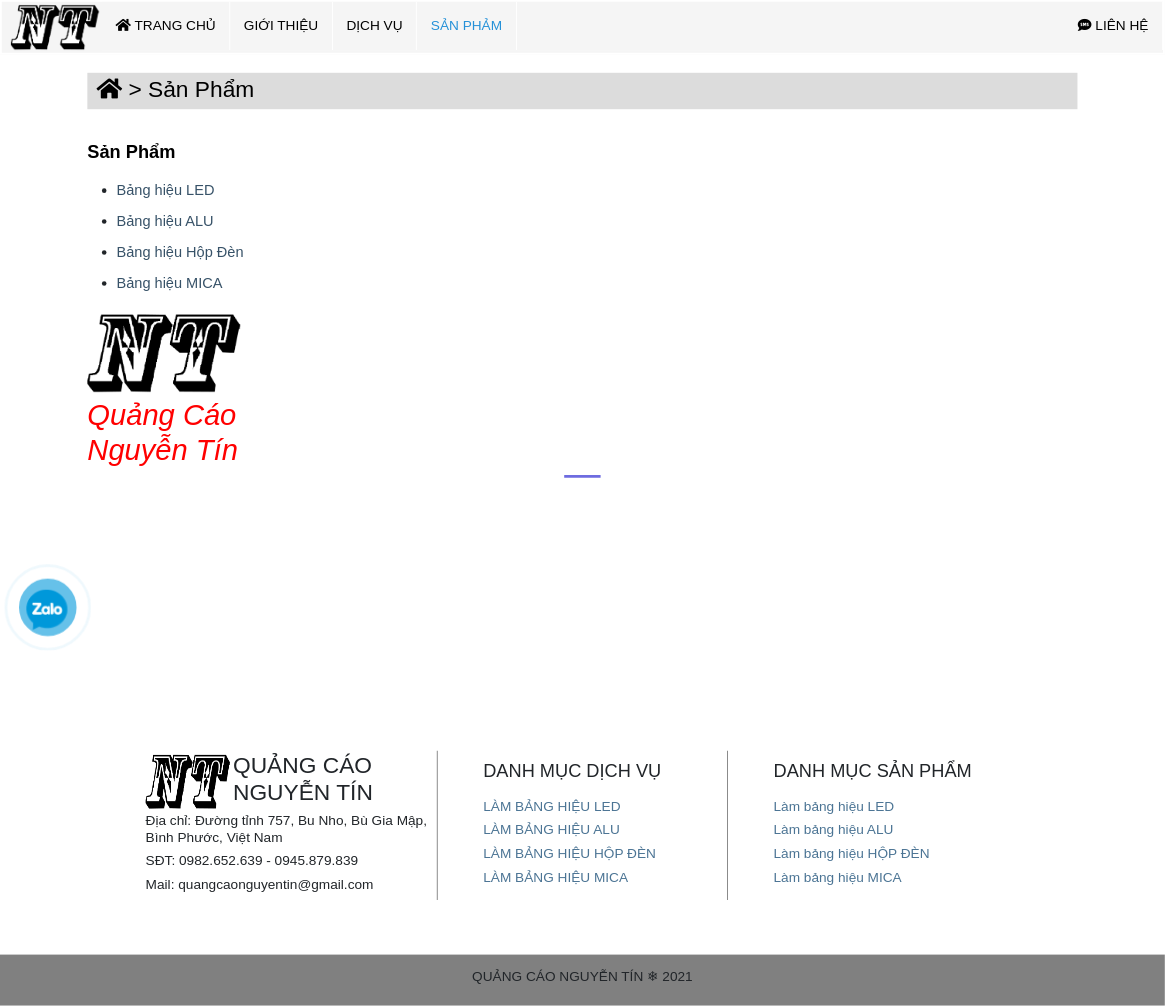
Repository: Haunguyen42193/quangcaonguyentin.github.io
Page: product.html
An editor plug-in stored every save of this project. The page is shown before and after the next save, followed by the edit.
The browser window is 1280 px wide. The pictures show the whole page, at 91% of full size.
Some web fonts or font styles are not loaded; a fallback is used. Some web libraries are served in a nearby version.

Above is the page before, as saved 2021-10-13 16:23:12.
Console error: ReferenceError: init is not defined

### product.html
<!DOCTYPE html>
<html lang="en">
<head>
    <meta charset="UTF-8">
    <meta http-equiv="X-UA-Compatible" content="IE=edge">
    <meta name="viewport" content="width=device-width, initial-scale=1.0">
    <meta http-equiv="refresh" content="18000"/>
    <title>Quảng Cáo Nguyễn Tín</title>
    <link rel="shotcut icon" href="images/logo2.png"/>
    <link
    rel="stylesheet"
    href="https://cdnjs.cloudflare.com/ajax/libs/animate.css/4.1.1/animate.min.css"
    />
    <!--carousel-->
    <link href="https://cdn.jsdelivr.net/npm/bootstrap@5.1.0/dist/css/bootstrap.min.css" rel="stylesheet" integrity="sha384-KyZXEAg3QhqLMpG8r+8fhAXLRk2vvoC2f3B09zVXn8CA5QIVfZOJ3BCsw2P0p/We" crossorigin="anonymous">
    <!--font awesome-->
    <link rel="stylesheet" href="https://pro.fontawesome.com/releases/v5.10.0/css/all.css" integrity="sha384-AYmEC3Yw5cVb3ZcuHtOA93w35dYTsvhLPVnYs9eStHfGJvOvKxVfELGroGkvsg+p" crossorigin="anonymous"/>
    <!--css-->
    <link rel="stylesheet" href="CSS/styleproduct.css"/>
    <!--font chữ-->
    <link rel="preconnect" href="https://fonts.googleapis.com">
    <link rel="preconnect" href="https://fonts.gstatic.com" crossorigin>
    <link href="https://fonts.googleapis.com/css2?family=K2D:wght@600&display=swap" rel="stylesheet">
    <!-- JavaScript Bundle with Popper -->
    <script src="https://cdn.jsdelivr.net/npm/bootstrap@5.1.0/dist/js/bootstrap.bundle.min.js" integrity="sha384-U1DAWAznBHeqEIlVSCgzq+c9gqGAJn5c/t99JyeKa9xxaYpSvHU5awsuZVVFIhvj" crossorigin="anonymous"></script>
    <!--Jquery-->
    <script src="Js/jquery-3.6.0.min.js"></script>
    <!--wowjs-->
    <script src="https://cdnjs.cloudflare.com/ajax/libs/wow/1.1.2/wow.min.js" integrity="sha512-Eak/29OTpb36LLo2r47IpVzPBLXnAMPAVypbSZiZ4Qkf8p/7S/XRG5xp7OKWPPYfJT6metI+IORkR5G8F900+g==" crossorigin="anonymous" referrerpolicy="no-referrer"></script>

</head>
<body onload="init()">
    <script src="Js/jsproduct.js"></script>
    <!--Menu-->
    <nav class="header-menu">
        <div class="menu">
            <div class="logo">
                <a href="homepage.html"><img src="images/logo2.png" alt="bang quang cao tiem" id="logotiem"/></a>
            </div>
            <ul>
                <li><a href="homepage.html"><i class="fas fa-home"></i> TRANG CHỦ</a></li>
                <li><a href="introduce.html">GIỚI THIỆU</a></li>
                <li class="sub"><a href="service.html">DỊCH VỤ</a>
                    <ul class="menu subcontent">
                        <li><a href="service.html#tab1" rel="service.html#LED">LÀM BẢNG HIỆU LED</a></li>
                        <li><a href="service.html#tab2" rel="service.html#ALU">LÀM BẢNG HIỆU ALU</a></li>
                        <li><a href="service.html#tab3" rel="service.html#Hd">LÀM BẢNG HIỆU HỘP ĐÈN</a></li>
                        <li><a href="service.html#tab4" rel="service.html#MICA">LÀM BẢNG HIỆU MICA</a></li>
                    </ul>
                </li>
                <li class="sub"><a href="product.html" class="chose">SẢN PHẢM</a>
                    <ul class="menu subcontent">
                        <li><a href="#">BẢNG HIỆU LED</a></li>
                        <li><a href="#">BẢNG HIỆU ALU</a></li>
                        <li><a href="#">BẢNG HIỆU HỘP ĐÈN</a></li>
                        <li><a href="#">BẢNG HIỆU MICA</a></li>
                    </ul>
                </li>
                <li><a href="contact.html"><i class="fas fa-sms"></i> LIÊN HỆ</a></li>
            </ul>
        </div>
    </nav>
    <!--page-->
    <section>
        <div class="page">
            <div>
                <a href="homepage.html" title="Trang chủ"><i class="fas fa-home"></i></a>
                <span>></span>
                <span class="move">Sản Phẩm</span>
            </div>
        </div>
    </section>
    <!--go to top-->
    <section>
        <div>
            <a id="goToTop" href="javascript:;"><i class="fas fa-chevron-up" title="GO TO TOP"></i></a>
        </div>
    </section>
    <!--zalo-->
    <section >
        <div class="zalo">
            <a href="https://zalo.me/0982652639" target="_blank"><img src="images/icon-zalo1.png"/></a>
        </div>
        <div class="zalo-circle"></div>
        <div class="zalo-circle-small"></div>
    </section>

    <!--product-->
    <section class="product">
        <div class="product-menu">
            <h5><strong>Sản Phẩm</strong></h5>
            <ul>
                <li><a href="">Bảng hiệu LED</a></li>
                <li><a href="">Bảng hiệu ALU</a></li>
                <li><a href="">Bảng hiệu Hộp Đèn</a></li>
                <li><a href="">Bảng hiệu MICA</a></li>
            </ul>
            <img src="images/logo2.png" alt="image"/>
            <h2><i>Quảng Cáo Nguyễn Tín</i></h2>
        </div>
        <div class="line"></div>
    </section>

    <!--foot-contact-->
    <section>
        <div class="foot-contacts">
          <div class="foot-contact">
            <img src="images/logo2.png" alt="logo" class="foot-logo" />
            <h1>QUẢNG CÁO NGUYỄN TÍN</h1>
            <h2>Địa chỉ: Đường tỉnh 757, Bu Nho, Bù Gia Mập, Bình Phước, Việt Nam</h2>
            <h2>SĐT: 0982.652.639 - 0945.879.839</h2>
            <h2>Mail: quangcaonguyentin@gmail.com</h2>
          </div>
          <div class="foot-service">
            <div class="foot-service-title">
              <h1>DANH MỤC DỊCH VỤ</h1>
            </div>
            <h2><a href="service.html#tab1" rel="service.html#LED">LÀM BẢNG HIỆU LED</a></h2>
            <h2><a href="service.html#tab2" rel="service.html#ALU">LÀM BẢNG HIỆU ALU</a></h2>
            <h2><a href="service.html#tab3" rel="service.html#Hd">LÀM BẢNG HIỆU HỘP ĐÈN</a></h2>
            <h2><a href="service.html#tab4" rel="service.html#MICA">LÀM BẢNG HIỆU MICA</a></h2>
          </div>
          <div class="foot-product">
            <div class="foot-service-title">
              <h1>DANH MỤC SẢN PHẨM</h1>
            </div>
            <h2><a href="#">Làm bảng hiệu LED</a></h2>
            <h2><a href="#">Làm bảng hiệu ALU</a></h2>
            <h2><a href="#">Làm bảng hiệu HỘP ĐÈN</a></h2>
            <h2><a href="#">Làm bảng hiệu MICA</a></h2>
          </div>
        </div>
    </section>
    <!--foot-->
    <div class="web-foot">
        <h2>QUẢNG CÁO NGUYỄN TÍN &#10052 2021</h2>
    </div>
</body>
</html>

### CSS/styleproduct.css
body {
    font-family: 'K2D', sans-serif;
    font-size: 15px;
    background-color: white;
    background-repeat: no-repeat;
    background-attachment: fixed;
    /* background:linear-gradient( #F18D9E, #E6D72A, #5BC8AC, #98DBC6); */
}
/*menu*/
.header-menu{
    width:100%;
    background-color: whitesmoke;
    padding-left: 10px;
    border: 2px solid white;
    position: fixed;
    z-index:99;
    top:0;
    left:0;

}
img#logotiem{
    width:100px;
    float:left;
}
div.menu > ul{
    display:flex;
    /* justify-content: center;
    align-items: center; */
}
div.menu ul{
    list-style-type: none;
    margin: 0;
    padding:0;
    background-color: whitesmoke;
}
div.menu ul li:last-child{
    margin-left: auto;
}
.subcontent{
    display:none;
    background: linear-gradient(gray, rgb(224, 222, 222));
}
.sub:hover .subcontent{
    display: block;
    position:absolute;
    width: 230px;
}

div.menu ul li{
    margin-bottom: 0px;
    position:relative;
    border-right: 1px solid white;
}

div.menu ul li a::before{
    content: '';
     position: absolute;
     bottom: -7px;
     left: 0px;
     width: 100%;
     height: 5px;
     background-color: #0cacdd;
     border-radius: 8px 8px 0 0;
     opacity: 0;
     transition: 0.3s;
}

div.menu ul li a:hover:before{
    opacity: 1;
    bottom:0;
}
div.menu ul li a{
    text-decoration: none;
    display: block;
    padding: 15px;
}
a:link{
    color:black;
}
a:visited{
    color:black;
}
a:hover{
    background-color: rgb(37, 32, 32);
    color: #2591d8;
}
a:active{
    color:rgb(35, 23, 201);
}

.subcontent::before{
    content: " ";
    border-width: 10px;
    border-style: solid;
    border-color:transparent transparent gray transparent;
    position: absolute;
    bottom: 100%;
    left:15%;
}
.chose{
    color: #2591d8 !important;
}
/*gototop*/
#goToTop {
    position: fixed;
    font-size: 30px;
    border-radius: 50%;
    z-index: 99;
    padding: 0 10px;
    border: 2px solid red;
    color: red;
    opacity: 0.5;
    right: 10px;
    bottom: 10px;
}
/*zalo*/
.zalo{
    position: fixed;
    z-index: 999;
    left: 29px;
    bottom: 28px;
    width: 3.5%;
}
.zalo-circle{
    position: fixed;
    z-index: 998;
    left: 15px;
    bottom: 15px;
    width: 75px;
    height: 75px;
    border: 20px solid #0098da;
    border-radius: 50%;
    opacity: 0;
    animation: zalo-ring-circle 2s infinite ease-out;
}
.zalo-circle-small{
    position: fixed;
    z-index: 998;
    left: 5px;
    bottom: 5px;
    width: 95px;
    height: 95px;
    border: 3px solid #0098da;
    border-radius: 50%;
    opacity: 0;
    animation: zalo-ring-circle-small 2s infinite ease-out;
}
.zalo img{
    width: 100%;
    animation:zalo-ring 1s infinite ease-in-out;
}
.zalo > a:hover{
    background-color: transparent;
}
@keyframes zalo-ring{
    0%{
        transform:rotate(0) scale(1) skew(1deg)
    }
    10%{
        transform:rotate(-25deg) scale(1.05) skew(1deg)
    }
    20%{
        transform:rotate(25deg) scale(1) skew(1deg)
    }
    30%{
        transform:rotate(-25deg) scale(1.05) skew(1deg)
    }
    40%{
        transform:rotate(25deg) scale(1) skew(1deg)
    }
    50%{
        transform:rotate(0) scale(1) skew(1deg)
    }
    100%{
        transform:rotate(0) scale(1) skew(1deg)
    }
}
@keyframes zalo-ring-circle{
    0%{
        transform: scale(0.8); opacity: 0.6;
    }
    50%{
        transform: scale(1); opacity: 0.6;
    }
    100%{
        transform: scale(0.8); opacity: 0.6;
    }
}
@keyframes zalo-ring-circle-small{
    0%{
        transform: scale(0.8); opacity: 0.6;
    }
    50%{
        transform: scale(1); opacity: 0.3;
    }
}
/*foot contact*/
.foot-contacts {
    display: flex;
    position: relative;
    top: 400px;
    justify-content: center;
}
.foot-contacts h2{
    font-size: 15px;
}
.foot-contact {
    display: flex;
    width: 350px;
    flex-wrap: wrap;
    width: 25%;
}
.foot-logo{
    width:30%;
}
.foot-contact h1{
    width: 50%;
    font-size: 25px;
}
.foot-service{
    position: relative;
    border-right: 1px solid gray;
    width:25%;
    padding: 0 50px;
    border-left: 1px solid gray;
}
.foot-product{
    position: relative;
    width: 25%;
    padding: 0 50px;
}
.foot-service-title h1{
    font-size: 20px;
    padding-bottom: 10px;
    padding-top: 10px;
}
.foot-contacts a{
    text-decoration: none;
}
.foot-contacts a:link{
    color: #4b7494;
}
.foot-contacts a:visited{
    color: #4b7494;
}
.foot-contacts a:hover{
    color: #0c0e0f;
    background-color: white;
}
.foot-contacts a:active{
    color: #124c79;
}
/*web foot*/
.web-foot{
    background-color: gray;
    position: relative;
    top: 400px;
    padding: 15px;
    margin-top: 60px;
}
.web-foot > h2{
    text-align: center;
    font-size: 15px;
}
/*page*/
.page{
    color: black;
    position: relative;
    top: 80px;
    width: 85%;
    margin: auto;
    height: 40px;
    background-color: gainsboro;
    font-size: 25px;
}
.page div{
    padding-left: 10px;
}
.page a:hover{
    background-color: transparent;
    color: black;
}
.line{
    height: 3px;
    background-color: rgb(109, 107, 224);
    width: 40px;
    margin: 0 auto;
}
/*product*/
.product{
    position: relative;
    top: 100px;
    width: 85%;
    margin: auto;
}
div.product-menu{
    width: 20%;
    margin-top: 1em;
    position: relative;
}
div.product-menu h5{
    color: rgb(0, 0, 0);
}
div.product-menu > ul > li{
    font-size: 16px;
    padding-top: 10px;
}
div.product-menu > ul > li a{
    text-decoration: none;
    color: #375268;
}
div.product-menu > ul > li img{
    width: 100%;
}
div.product-menu > ul > li a:hover{
    background-color: transparent;
    color: blue;
}
div.product-menu img{
    width: 80%;
}
div.product-menu h2{
    color: red;
}

### Js/jsproduct.js
$(document).ready(function() {
    wow = new WOW({
        boxClass:     'wow',      // default
        animateClass: 'animate__animated', // default
        offset:       0,          // default
        mobile:       true,       // default
        live:         true        // default
    })
    wow.init();
    $("#goToTop").hide()
    $(window).scroll(function() {

        if($(this).scrollTop() >= 90){
            $("#goToTop").show("slow");
        }
        else{
            $("#goToTop").hide("slow");
        }
    })
    $("#goToTop").click(function() {
        $("html, body").animate({
            scrollTop: 0
        }, 1000);
    })
})

Loaded but not shown: Js/jquery-3.6.0.min.js (library)

After the next save:
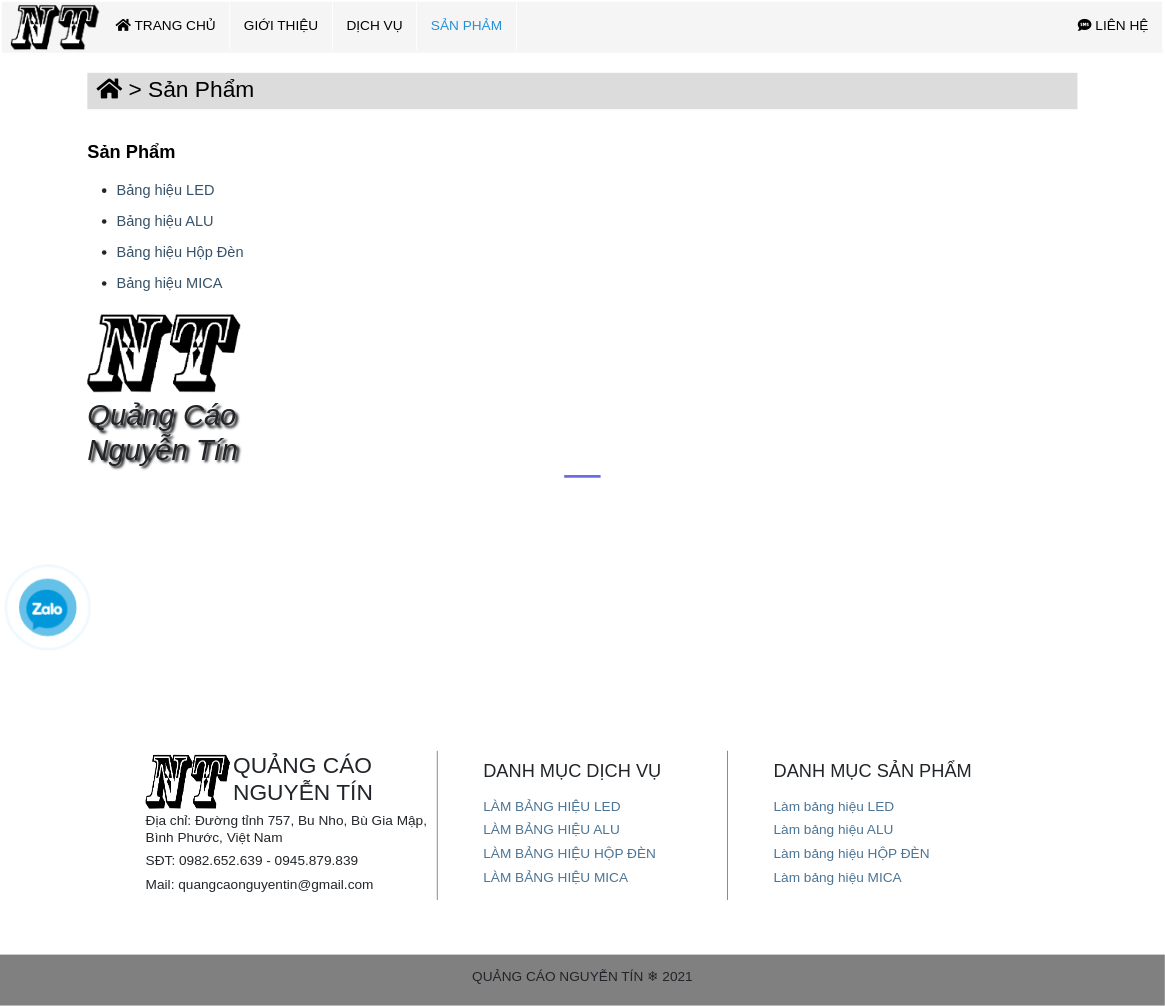
Saved 24 s later.
--- a/CSS/styleproduct.css
+++ b/CSS/styleproduct.css
@@ -320,5 +320,5 @@ div.product-menu img{
     width: 80%;
 }
 div.product-menu h2{
-    color: red;
-}
+    text-shadow: 3px 3px 3px black;
+}
